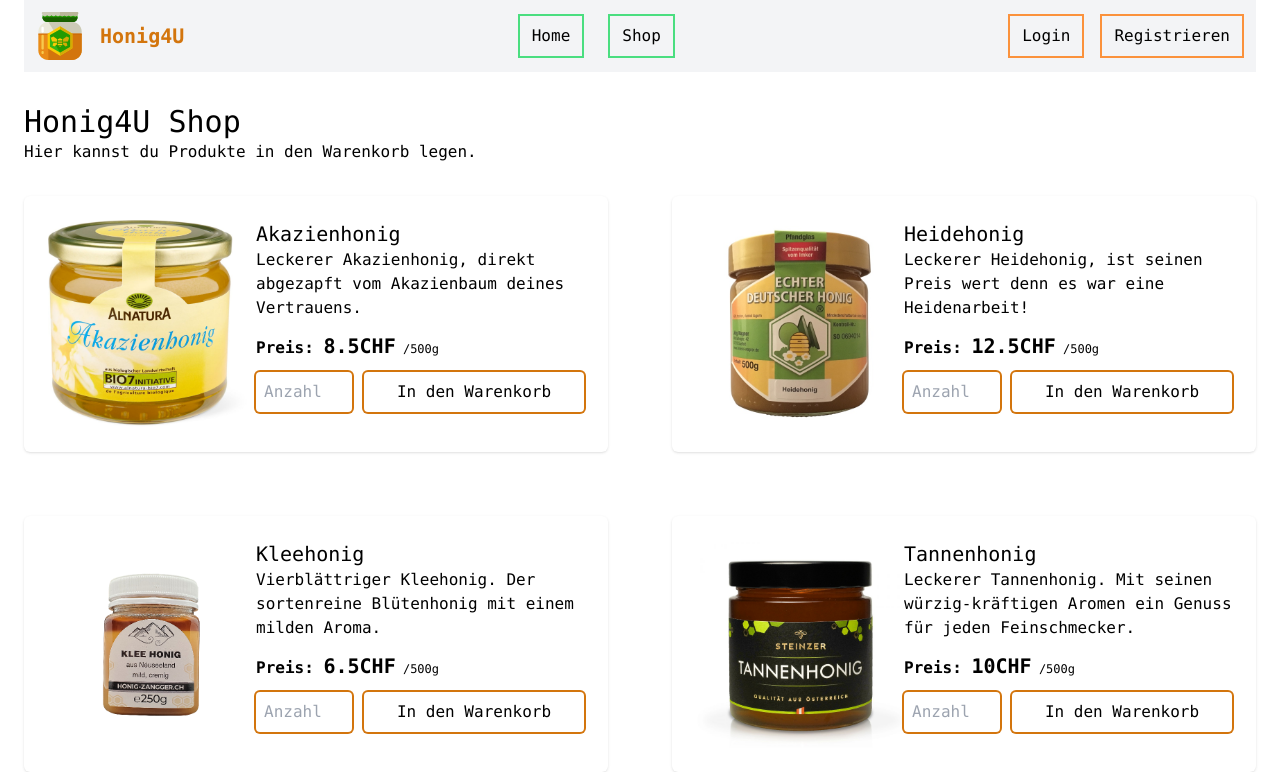
Repository: cainytheslave/PHPHonigShop
Page: http://localhost/shop.php
The author's editor kept a copy of each file at every save. The page is drawn from the files as they stood at one save, then again after the next save.
The browser window is 1280 px wide. The pictures show the whole page.
The page is run by PHP 8.4 with error messages shown; the project is at /var/www/html/. Style sheets and scripts are compiled from the project's sources, by tool versions that may differ from the author's.

Above is the page before, as saved 2022-03-11 02:04:43.

After the next save:
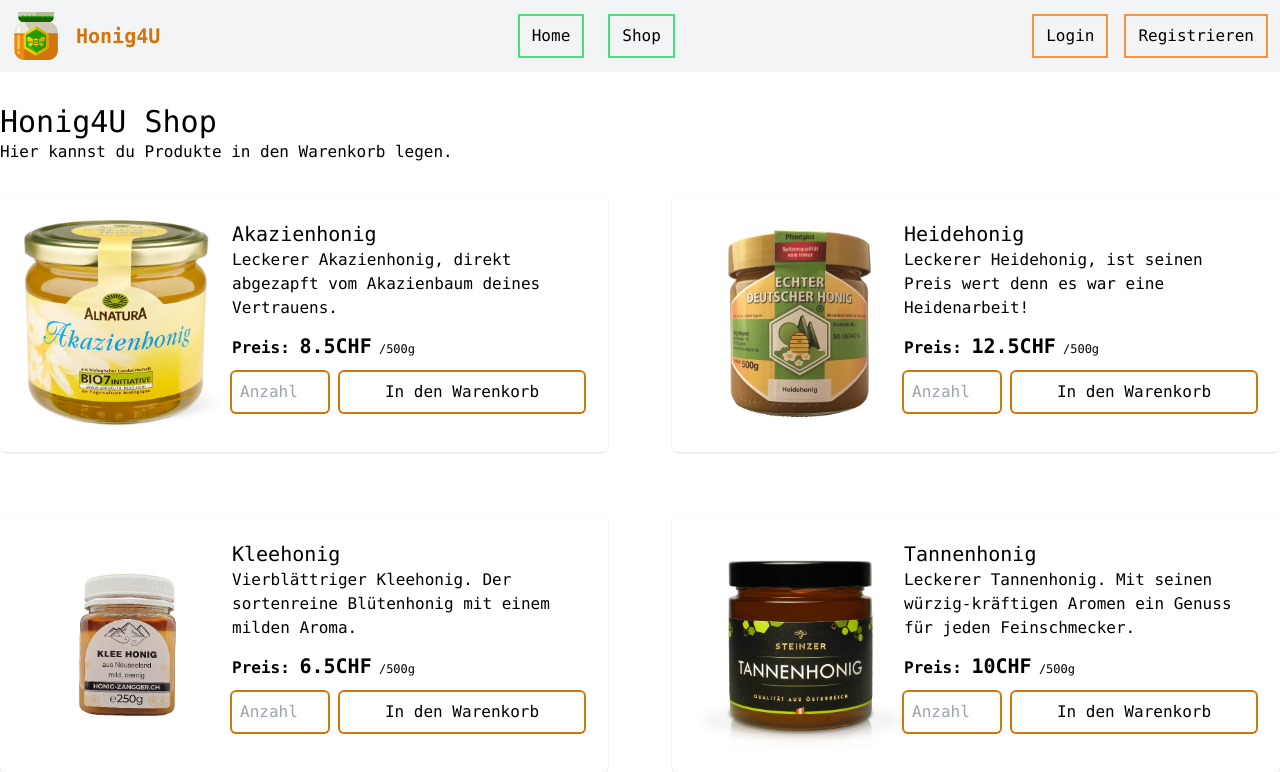
Saved 7 s later.
--- a/shop.php
+++ b/shop.php
@@ -47,11 +47,11 @@
     <?php include('includes/head.inc.php') ?>
 </head>
 
-<body class="px-6 font-mono">
+<body class="font-mono">
 
     <?php include('includes/header.inc.php') ?>
 
-    <main class="px-4 mx-auto max-w-7xl lg:px-0">
+    <main class="px-4 px-6 mx-auto max-w-7xl lg:px-0">
 
         <!-- Erfolgsmeldungen -->
         <?php if (isset($success)) echo Komponente::alert(false, $success) ?>
